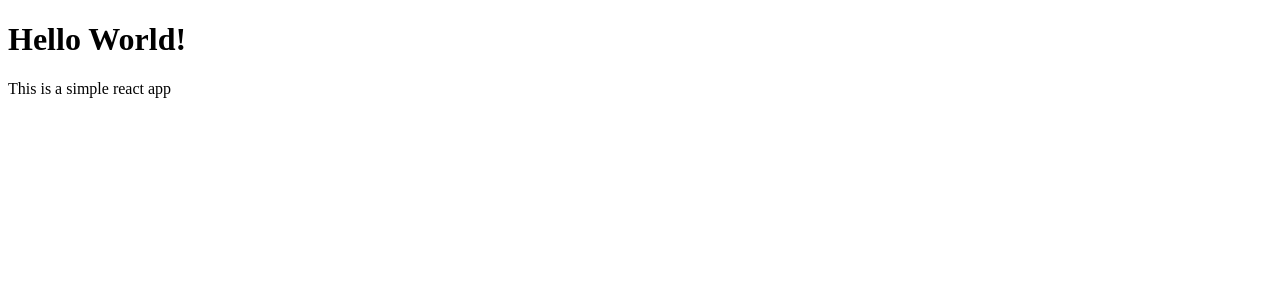
Repository: FellipeMiguel/lista-de-tarefas
Page: /
These files come from the project's save history. The page is drawn as it stood at one moment and after the next save; the edit follows.
The browser window is 1280 px wide. The pictures show the whole page.
The project was rebuilt for these pictures with package versions that can differ from the ones it lists, and the page was loaded fresh each time. Also part of the build but not shown: src/App.css.

Above is the page before, as saved 2023-06-14 22:39:29.

After the next save:
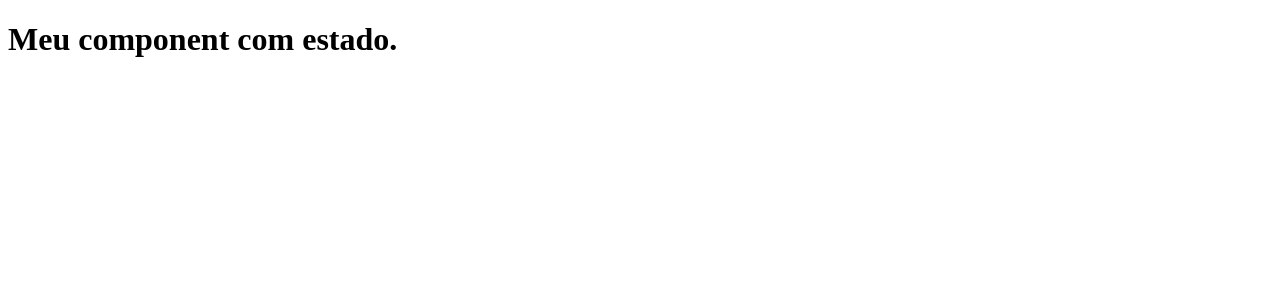
Saved 21 s later.
--- a/src/App.js
+++ b/src/App.js
@@ -2,12 +2,7 @@ import Main from "./components/Main"
 import "./App.css"
 
 function App() {
-  return (
-    <>
-      <h1>Hello World!</h1>
-      <p>This is a simple react app</p>
-    </>
-  )
+  return <Main />
 }
 
 export default App
